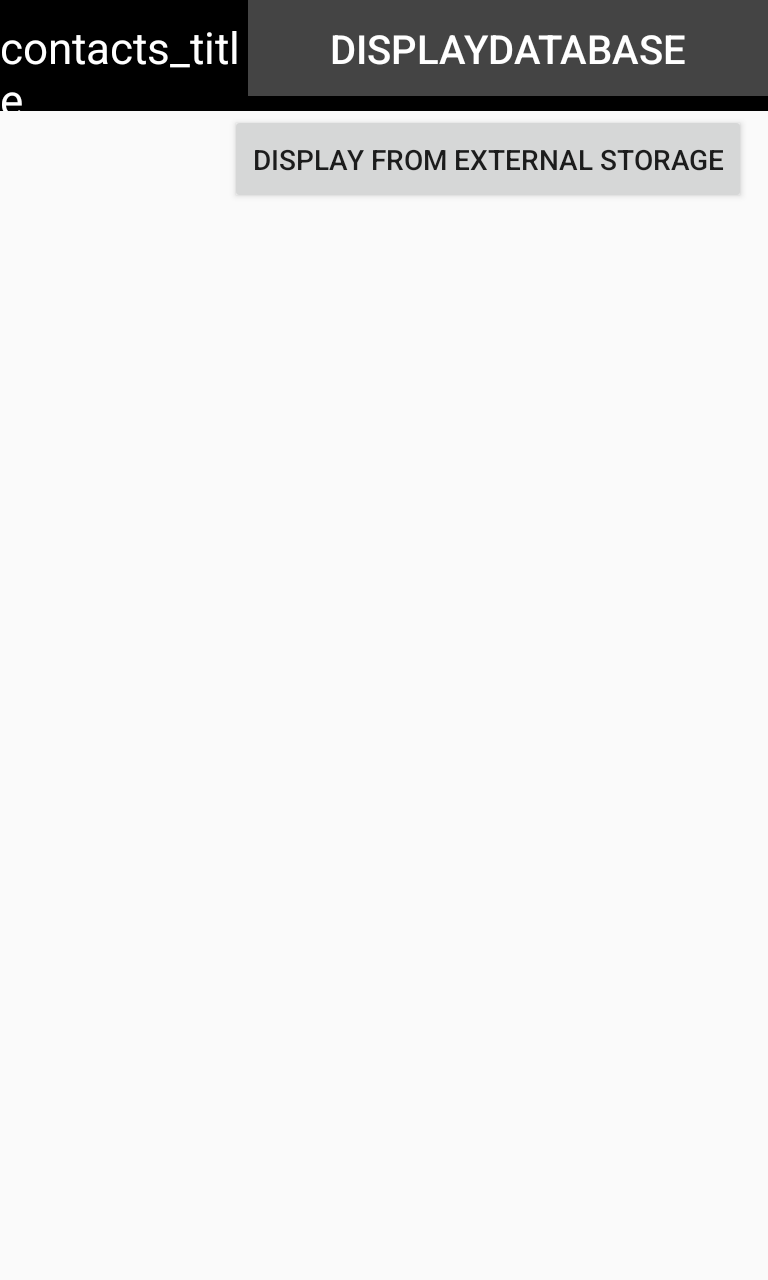
Repository: Smahane/SeniorProjectPOC
Layout: MyAssistant/res/layout/activity_database_output.xml
These files come from the project's save history. The layout is drawn as it stood at one moment and after the next save; the edit follows.
It is drawn on a 768 x 1280 px phone screen (xhdpi) without system bars, with theme AppTheme; the app's code is not run. Lists and similar views that code fills are empty.

Above is the layout before, as saved 2014-12-13 16:41:17.

### MyAssistant/res/layout/activity_database_output.xml
<?xml version="1.0" encoding="utf-8"?>
<TableLayout xmlns:android="http://schemas.android.com/apk/res/android"
    xmlns:tools="http://schemas.android.com/tools"
    android:layout_width="match_parent"
    android:layout_height="match_parent"
    tools:context=".MainActivity" >

    <TableRow
        android:id="@+id/tableRow1"
        android:layout_width="match_parent"
        android:layout_height="wrap_content"
        android:background="#000000" >

        <TextView
            android:id="@+id/contactsTitleTextView"
            android:layout_width="wrap_content"
            android:layout_height="wrap_content"
            android:layout_weight="1"
            android:text="@string/contacts_title"
            android:textAppearance="?android:attr/textAppearanceLarge"
            android:textColor="#FFFFFF" />

        <Button
            android:id="@+id/button1"
            android:background="#444444"
            android:onClick="showAddContact"
            android:text="DisplayDataBase"
            android:textColor="#FFFFFF"
            android:textSize="20sp" />

    </TableRow>

    <TableRow
        android:id="@+id/tableRow2"
        android:layout_width="match_parent"
        android:layout_height="wrap_content" >

        <ListView
            android:id="@android:id/list"
            android:layout_width="match_parent"
            android:layout_height="wrap_content"
            android:layout_weight="1" >
        </ListView>


        <Button
            android:id="@+id/getJasonFile"
            android:layout_width="match_parent"
            android:layout_height="wrap_content"
            android:text="Display from External Storage" />

        <TextView
            android:id="@+id/responseText"
            android:layout_width="wrap_content"
            android:layout_height="wrap_content"
            android:padding="5dp"
            android:text=""
            android:textAppearance="?android:attr/textAppearanceMedium" />
    </TableRow>



</TableLayout>

### MyAssistant/res/values/strings.xml
<?xml version="1.0" encoding="utf-8"?>
<resources>

    <string name="app_name">MyAssistant</string>
    <string name="hello_world">Hello world!</string>
    <string name="action_settings">Settings</string>
    <string name="Change_Mode">Change Mode</string>
     <string name="fileName">fileName</string>
    <string name="contacts_title">contacts_title</string>


</resources>

Loaded but not shown: MyAssistant/res/values/styles.xml (common file); MyAssistant/res/values-v11/styles.xml (common file); MyAssistant/res/values-v14/styles.xml (common file)

After the next save:
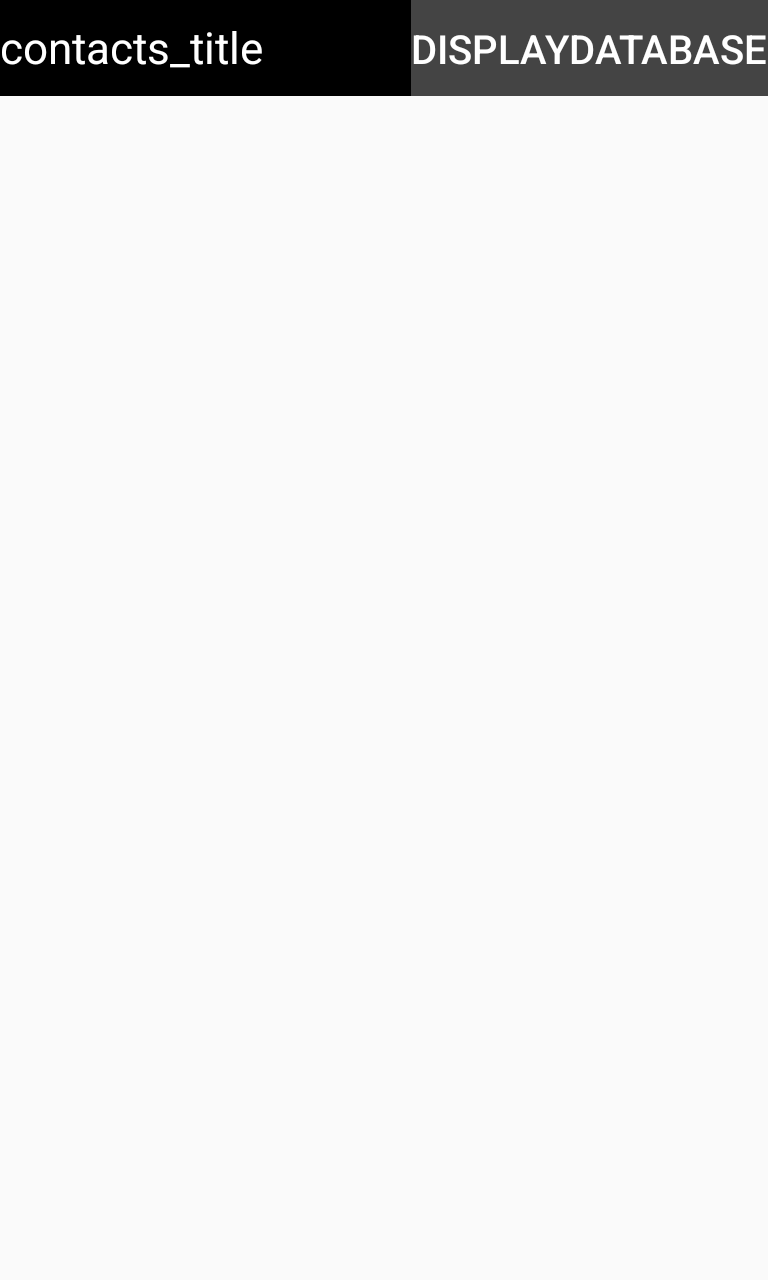
Saved 17 s later.
--- a/MyAssistant/res/layout/activity_database_output.xml
+++ b/MyAssistant/res/layout/activity_database_output.xml
@@ -43,19 +43,6 @@
         </ListView>
 
 
-        <Button
-            android:id="@+id/getJasonFile"
-            android:layout_width="match_parent"
-            android:layout_height="wrap_content"
-            android:text="Display from External Storage" />
-
-        <TextView
-            android:id="@+id/responseText"
-            android:layout_width="wrap_content"
-            android:layout_height="wrap_content"
-            android:padding="5dp"
-            android:text=""
-            android:textAppearance="?android:attr/textAppearanceMedium" />
     </TableRow>
 
 
